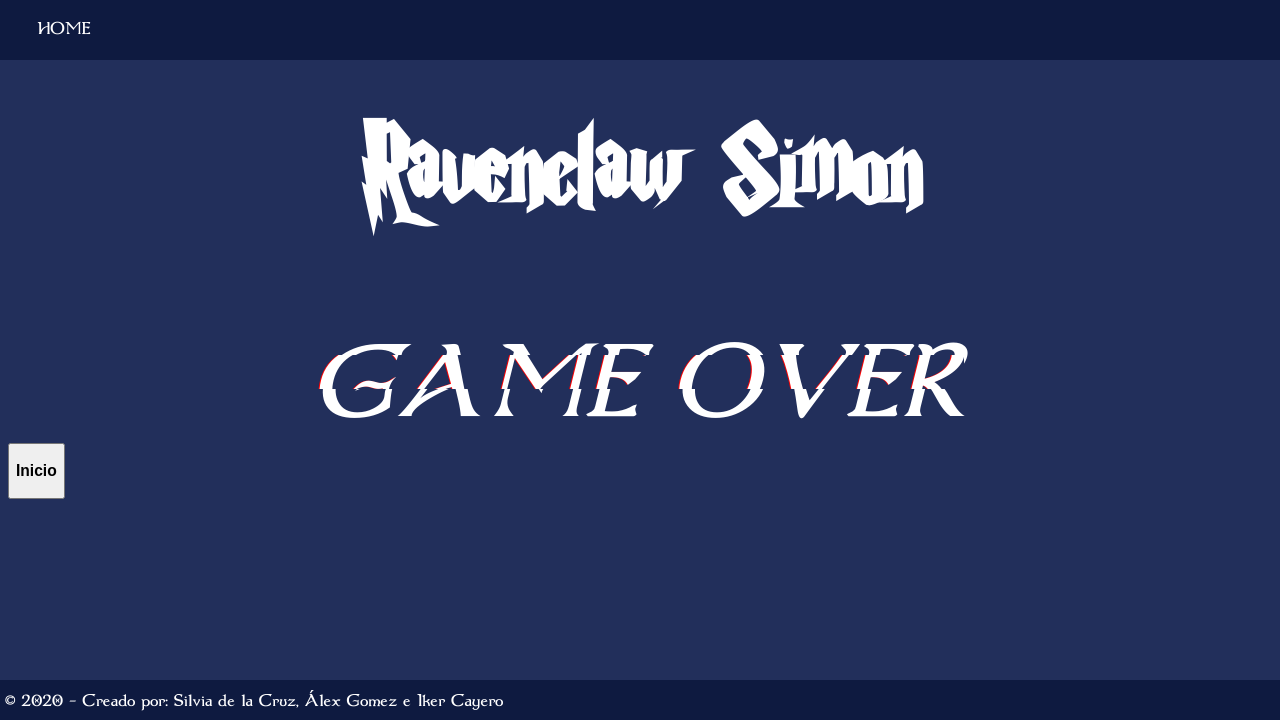
Repository: alexgomezdev/RavenclawSimon
Page: http://localhost/gameOver.php
An editor plug-in stored every save of this project. The page is shown before and after the next save, followed by the edit.
The browser window is 1280 px wide. The pictures show the whole page.
The page is run by PHP 8.4 with error messages shown; the project is at /var/www/html/.

Above is the page before, as saved 2020-10-23 17:32:12.
Console error: SyntaxError: Unexpected token '}'

### gameOver.php
<!DOCTYPE html>
<html>
<head>
    <meta charset="UTF-8">
    <title>Ravenclaw Simon</title>
    <link rel="stylesheet" href="templates/gameOver.css">
    <link rel="stylesheet" href="templates/general.css">
</head>
<body>
    <header>
        <div id="home_link_div">
            <a href="index.php" id="home_link">HOME</a>
        </div>
    </header>
    <main>
        <div id="title">
            <h1>Ravenclaw Simon</h1>
        </div>
        <div class="container">
            <div id="scroll">
                <div class="message" data-text="GAME OVER">GAME OVER</div>
            </div>
        </div>
        <div id="button_div">
            <button id="button_play"><h3>Inicio</h3></button>
        </div>
    </main>
    <footer>
        <div id="footer_content">
            &#0169 2020 - Creado por: Silvia de la Cruz, Álex Gomez e Iker Cayero
        </div>
    </footer>
	<script type="text/javascript" src="main.js"></script>
</body>
</html>

### templates/gameOver.css
@font-face {
  font-family: "Dumbledore";
  src: url("../templates/typography/dumbledor.1.ttf") format("truetype");
}

#scroll {
  background-color: #222f5b;
}

.message {
  font-style: italic;
  font-size: 120px;
  font-family: "Dumbledore";
  text-align: center;
  color: #ffffff;
  position: relative;
  width: 800px;
  margin: 0 auto;
}

.message:after {
  content: attr(data-text);
  position: absolute;
  left: 70px;
  text-shadow: -1px 0 red;
  top: 0;
  color: white;
  background: #222f5b;
  overflow: hidden;
  clip: rect(0, 900px, 0, 0);
  animation: noise-anim 2s infinite linear alternate-reverse;
  text-align: center;
}

.message:before {
  content: attr(data-text);
  position: absolute;
  left: 80px;
  text-shadow: 1px 0 blue;
  top: 0;
  color: red;
  background: #222f5b;
  overflow: hidden;
  clip: rect(0, 900px, 0, 0);
  animation: noise-anim-2 3s infinite linear alternate-reverse;
  text-align: center;
}

@keyframes noise-anim {
  0% {
    clip: rect(51px, 9999px, 28px, 0);
  }
  5% {
    clip: rect(70px, 9999px, 19px, 0);
  }
  10% {
    clip: rect(92px, 9999px, 13px, 0);
  }
  15% {
    clip: rect(85px, 9999px, 49px, 0);
  }
  20% {
    clip: rect(45px, 9999px, 56px, 0);
  }
  25% {
    clip: rect(26px, 9999px, 31px, 0);
  }
  30% {
    clip: rect(62px, 9999px, 73px, 0);
  }
  35% {
    clip: rect(34px, 9999px, 11px, 0);
  }
  40% {
    clip: rect(26px, 9999px, 61px, 0);
  }
  45% {
    clip: rect(34px, 9999px, 71px, 0);
  }
  50% {
    clip: rect(35px, 9999px, 69px, 0);
  }
  55% {
    clip: rect(92px, 9999px, 81px, 0);
  }
  60% {
    clip: rect(26px, 9999px, 85px, 0);
  }
  65% {
    clip: rect(2px, 9999px, 68px, 0);
  }
  70% {
    clip: rect(54px, 9999px, 79px, 0);
  }
  75% {
    clip: rect(35px, 9999px, 85px, 0);
  }
  80% {
    clip: rect(70px, 9999px, 60px, 0);
  }
  85% {
    clip: rect(32px, 9999px, 26px, 0);
  }
  90% {
    clip: rect(94px, 9999px, 53px, 0);
  }
  95% {
    clip: rect(99px, 9999px, 92px, 0);
  }
  100% {
    clip: rect(42px, 9999px, 27px, 0);
  }
}

@keyframes noise-anim-2 {
  0% {
    clip: rect(21px, 9999px, 49px, 0);
  }
  5% {
    clip: rect(27px, 9999px, 52px, 0);
  }
  10% {
    clip: rect(21px, 9999px, 70px, 0);
  }
  15% {
    clip: rect(65px, 9999px, 25px, 0);
  }
  20% {
    clip: rect(24px, 9999px, 10px, 0);
  }
  25% {
    clip: rect(61px, 9999px, 64px, 0);
  }
  30% {
    clip: rect(34px, 9999px, 47px, 0);
  }
  35% {
    clip: rect(46px, 9999px, 93px, 0);
  }
  40% {
    clip: rect(46px, 9999px, 9px, 0);
  }
  45% {
    clip: rect(67px, 9999px, 36px, 0);
  }
  50% {
    clip: rect(72px, 9999px, 20px, 0);
  }
  55% {
    clip: rect(79px, 9999px, 26px, 0);
  }
  60% {
    clip: rect(13px, 9999px, 87px, 0);
  }
  65% {
    clip: rect(10px, 9999px, 25px, 0);
  }
  70% {
    clip: rect(85px, 9999px, 11px, 0);
  }
  75% {
    clip: rect(94px, 9999px, 35px, 0);
  }
  80% {
    clip: rect(50px, 9999px, 86px, 0);
  }
  85% {
    clip: rect(74px, 9999px, 67px, 0);
  }
  90% {
    clip: rect(1px, 9999px, 40px, 0);
  }
  95% {
    clip: rect(3px, 9999px, 48px, 0);
  }
  100% {
    clip: rect(90px, 9999px, 23px, 0);
  }
}

### templates/general.css
@font-face {
  font-family: "Harry_Potter";
  src: url("../templates/typography/HARRYP.TTF") format("truetype");
}

@font-face {
  font-family: "Dumbledore";
  src: url("../templates/typography/dumbledor.1.ttf") format("truetype");
}

body {
  font-family: "Dumbledore";
  background-color: #222f5b;
}

header {
  background-color: #0e1a40;
  top: 0;
  left: 0;
  position: absolute;
  width: 100%;
  height: 60px;
  display: inline;
}

#home_link_div {
  text-align: center;
  width: 10%;
  height: 90%;
}

#home_link {
  display: flex;
  justify-content: center;
  align-items: center;
  color: #ffffff;
  font-size: 20px;
  text-decoration: none;
  height: 60%;
  margin-top: 9%;
  margin-bottom: 10%;
}

#title {
  color: #ffffff;
  font-family: "Harry_Potter";
  font-size: 60px;
  width: 100%;
  text-align: center;
  margin-top: 120px;
}

main {
  width: 100%;
}

footer {
  color: #ffffff;
  background-color: #0e1a40;
  bottom: 0;
  left: 0;
  position: absolute;
  width: 100%;
  height: 30px;
  display: flex;
  padding-top: 10px;
}

#footer_content {
  margin-left: 5px;
  color: #ffffff;
  font-size: 20px;
  vertical-align: center;
  height: 60%;
}

### main.js
function Scroll(nombre) {
    this.id= nombre;
    this.avanza = avanza;
    this.anchoContenedor = document.getElementById(this.id).parentNode.offsetWidth;
    document.getElementById(this.id).parentNode.style.overflow="hidden";
    document.getElementById(this.id).parentNode.style.whiteSpace="nowrap";
    document.getElementById(this.id).parentNode.style.textIndent="0px";
    this.el=document.getElementById(this.id).parentNode;
    this.xo=this.el.getElementByTagName('span');
    this.contenido=this.as[0].innerHTML;
    this.anchoTexto=this.as[0].offsetWidth;
    this.dif=this.as[0].offsetWidth-this.xo;
}

function avanza(velocidad,modo) {
    this.as[0].parentNode.style.textIndent= ""+this.xo+"px";
    if (this.anchoTexto>this.anchoContenedor) {
        if (modo==0) {
            if (this.xo <=this.dif)
                this.as[0].innerHTML=this.contenido+this.contenido
                if (this.xo<=-this.dif-this.anchoContenedor)
                {
                  this.as[0].innerHTML=this.contenido;
                  this.xo=0;
                }
             }

           if (modo==1)
             if (this.xo<=-this.dif-this.anchoContenedor)
               this.xo=this.anchoContenedor;

           if (modo==2)
             if (this.xo<=-this.dif-this.anchoContenedor)
               {
                 this.xo=this.xo-velocidad;
                 velocidad=0;
               }
         }
       else
         {
           if (modo!=2)
             if (this.xo<=-this.anchoTexto)
               this.xo=this.anchoContenedor;
             else
               if (this.xo<=-this.anchoTexto)
                 {
                   this.xo=this.xo-velocidad;
                   velocidad=0;
                 }
         }
       this.xo=this.xo-velocidad;
     }

   window.onload=function()
     {
       var scroll1= new Scroll('congrats');
       window.setInterval( function (){ scroll1.avanza(5,0) }, 10 );
       // 5=salto o velocidad en pixels, 10=msg.
     }
        }
    }
}

After the next save:
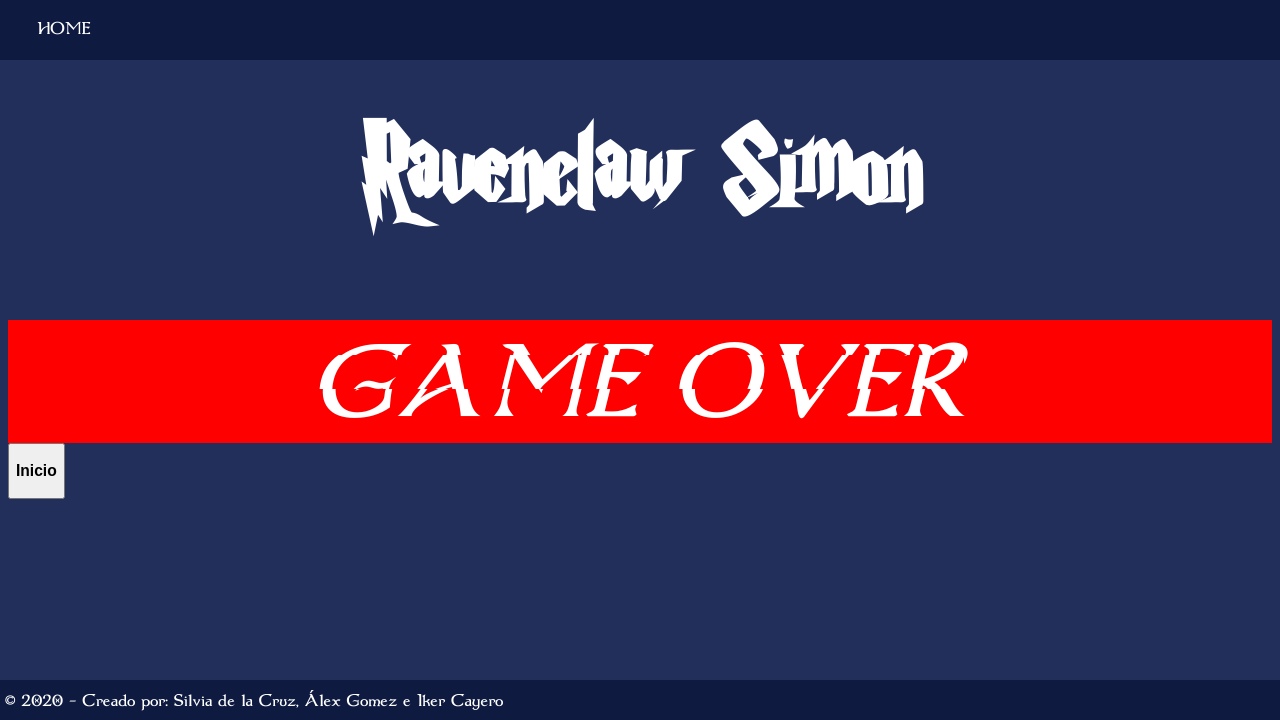
Saved 44 s later.
--- a/templates/gameOver.css
+++ b/templates/gameOver.css
@@ -4,7 +4,7 @@
 }
 
 #scroll {
-  background-color: #222f5b;
+  background-color: red;
 }
 
 .message {
@@ -25,7 +25,7 @@
   text-shadow: -1px 0 red;
   top: 0;
   color: white;
-  background: #222f5b;
+  background: red;
   overflow: hidden;
   clip: rect(0, 900px, 0, 0);
   animation: noise-anim 2s infinite linear alternate-reverse;
@@ -39,7 +39,7 @@
   text-shadow: 1px 0 blue;
   top: 0;
   color: red;
-  background: #222f5b;
+  background: red;
   overflow: hidden;
   clip: rect(0, 900px, 0, 0);
   animation: noise-anim-2 3s infinite linear alternate-reverse;
